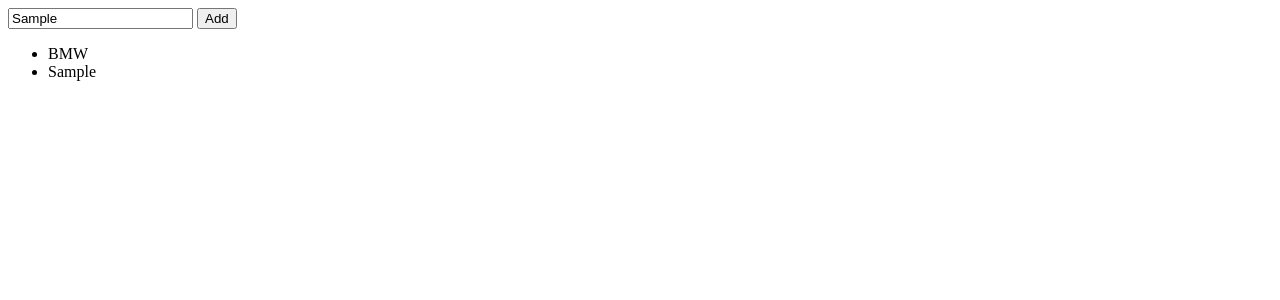
Repository: tannv3201/learn_JS_F8
Page: JS_Nâng cao/bind/index.html
The author's editor kept a copy of each file at every save. The page is drawn from the files as they stood at one save, then again after the next save.
The browser window is 1280 px wide. The pictures show the whole page.
Empty fields were first filled with sample values (such as "Sample", 5 or name@example.com).
After loading, the first visible `#submit` was clicked once.

Above is the page before, as saved 2022-08-24 14:54:12.

After the next save:
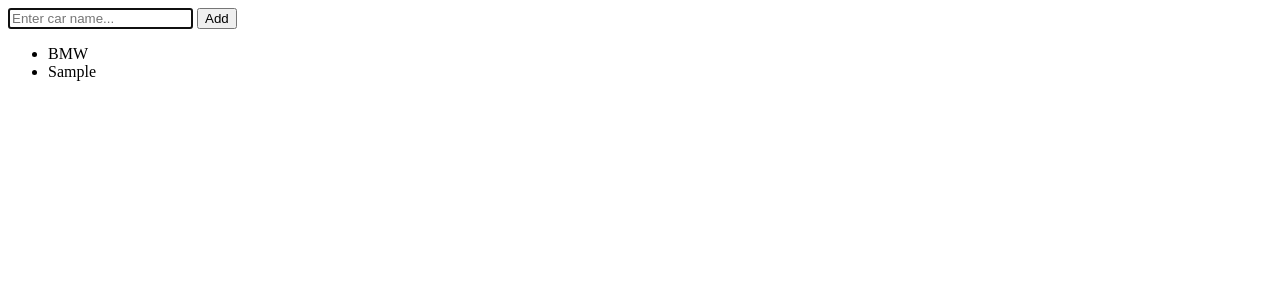
Saved 24 s later.
--- a/JS_Nâng cao/bind/main2.js
+++ b/JS_Nâng cao/bind/main2.js
@@ -29,6 +29,9 @@
                 const car = input.value;
                 this.add(car);
                 this.render();
+
+                input.value = null;
+                input.focus();
             }
             this.render();
         }
